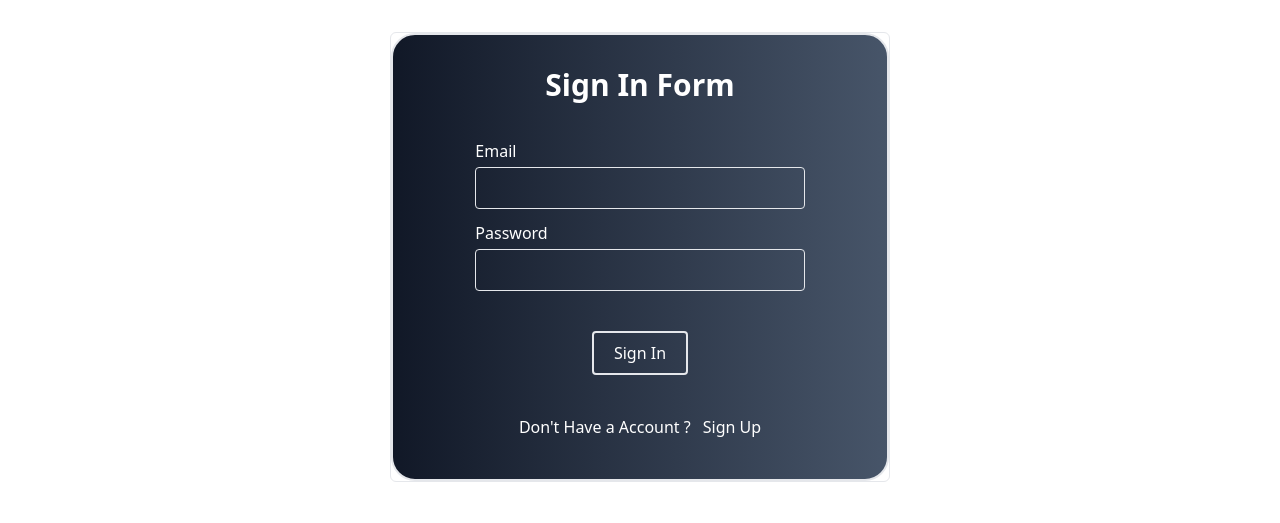
Repository: OmkarTidke8080/Assessment
Page: /sign-in (app in frontend/)
An editor plug-in stored every save of this project. The page is shown before and after a run of saves, followed by the edit.
The browser window is 1280 px wide. The pictures show the whole page.
The project was rebuilt for these pictures with package versions that can differ from the ones it lists, and the page was loaded fresh each time. Also part of the build but not shown: frontend/vite.config.js, frontend/src/components/HomePage.jsx, frontend/src/components/SignUp.jsx.

Above is the page before, as saved 2024-10-19 22:21:41.

After the next 3 saves:
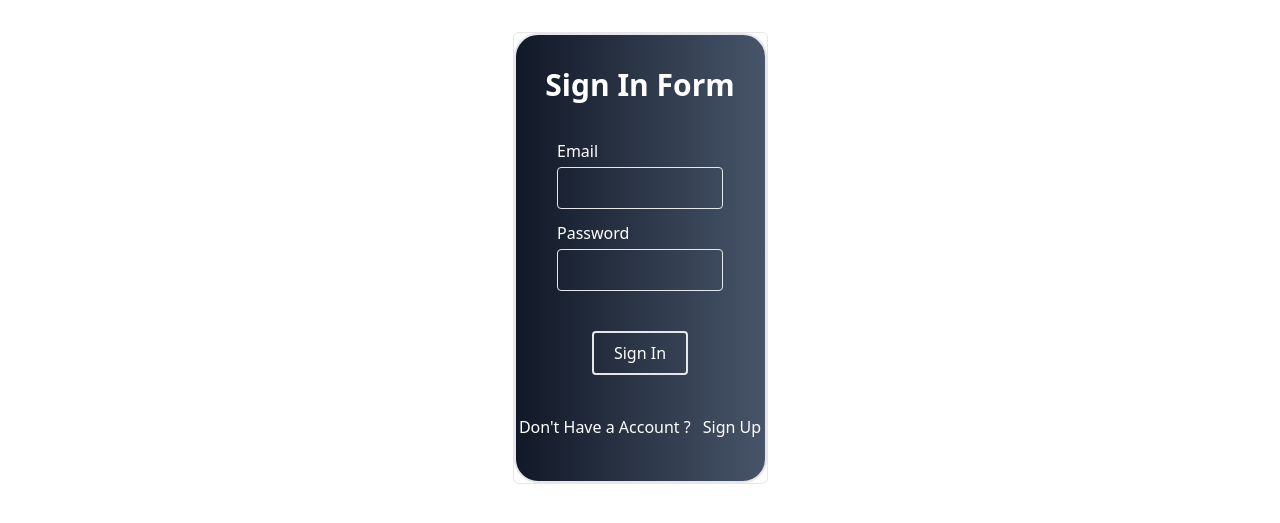
The 3 saves are shown as one change because they came seconds apart.
The last was saved 40 s later.
--- a/frontend/src/components/SignIn.jsx
+++ b/frontend/src/components/SignIn.jsx
@@ -2,17 +2,16 @@
 
 function SignIn() {
     return (
-
       <div className="flex justify-center items-center">
-        <div className="flex border  rounded-md h-[450px] w-[500px]">
-          <div className="form border-2 rounded-3xl text-white w-full bg-gradient-to-r from-gray-900 to-slate-600 ">
+        <div className="flex border  rounded-md ">
+          <div className="form h-[450px] w-[500px] border-2 rounded-3xl text-white w-full bg-gradient-to-r from-gray-900 to-slate-600 ">
             <div className="form-heading text-center mt-8 mb-6">
               <h1 className="text-3xl font-bold text-white mb-2">
                 Sign In Form
               </h1>
             </div>
             <form>
-              <div className='flex justify-center'>
+              <div className="flex justify-center">
                 <div className="w-2/3">
                   <div className="mt-3">
                     <label htmlFor="email" className=" flex mb-1">
@@ -53,7 +52,6 @@
           </div>
         </div>
       </div>
-
     );
 }
 

After the save that followed:
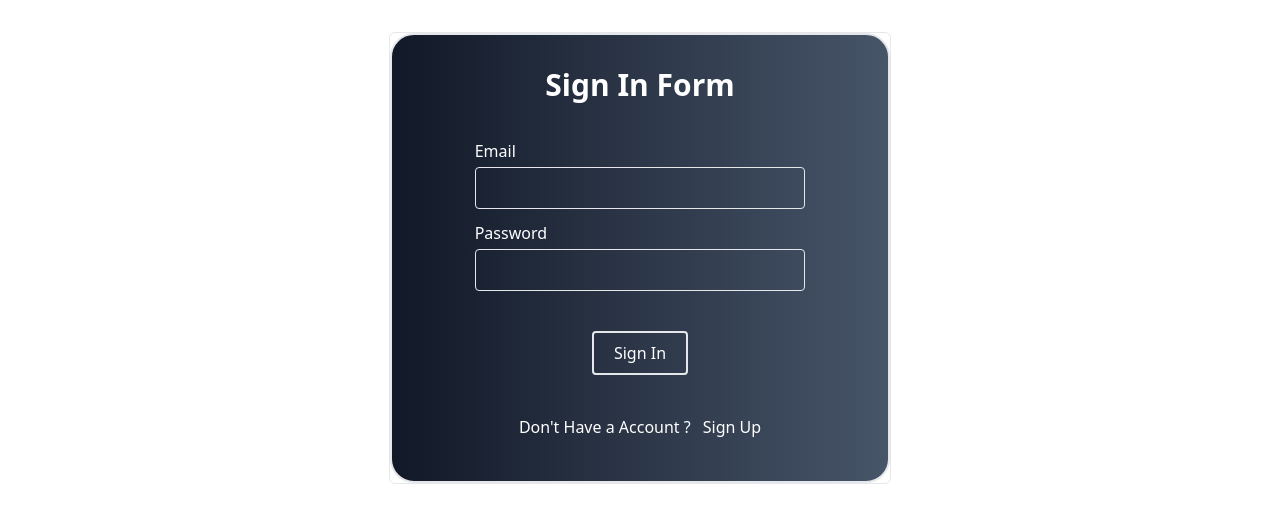
Saved 5 s later.
--- a/frontend/src/components/SignIn.jsx
+++ b/frontend/src/components/SignIn.jsx
@@ -4,7 +4,7 @@
     return (
       <div className="flex justify-center items-center">
         <div className="flex border  rounded-md ">
-          <div className="form h-[450px] w-[500px] border-2 rounded-3xl text-white w-full bg-gradient-to-r from-gray-900 to-slate-600 ">
+          <div className="form h-[450px] w-[500px] border-2 rounded-3xl text-white  bg-gradient-to-r from-gray-900 to-slate-600 ">
             <div className="form-heading text-center mt-8 mb-6">
               <h1 className="text-3xl font-bold text-white mb-2">
                 Sign In Form
